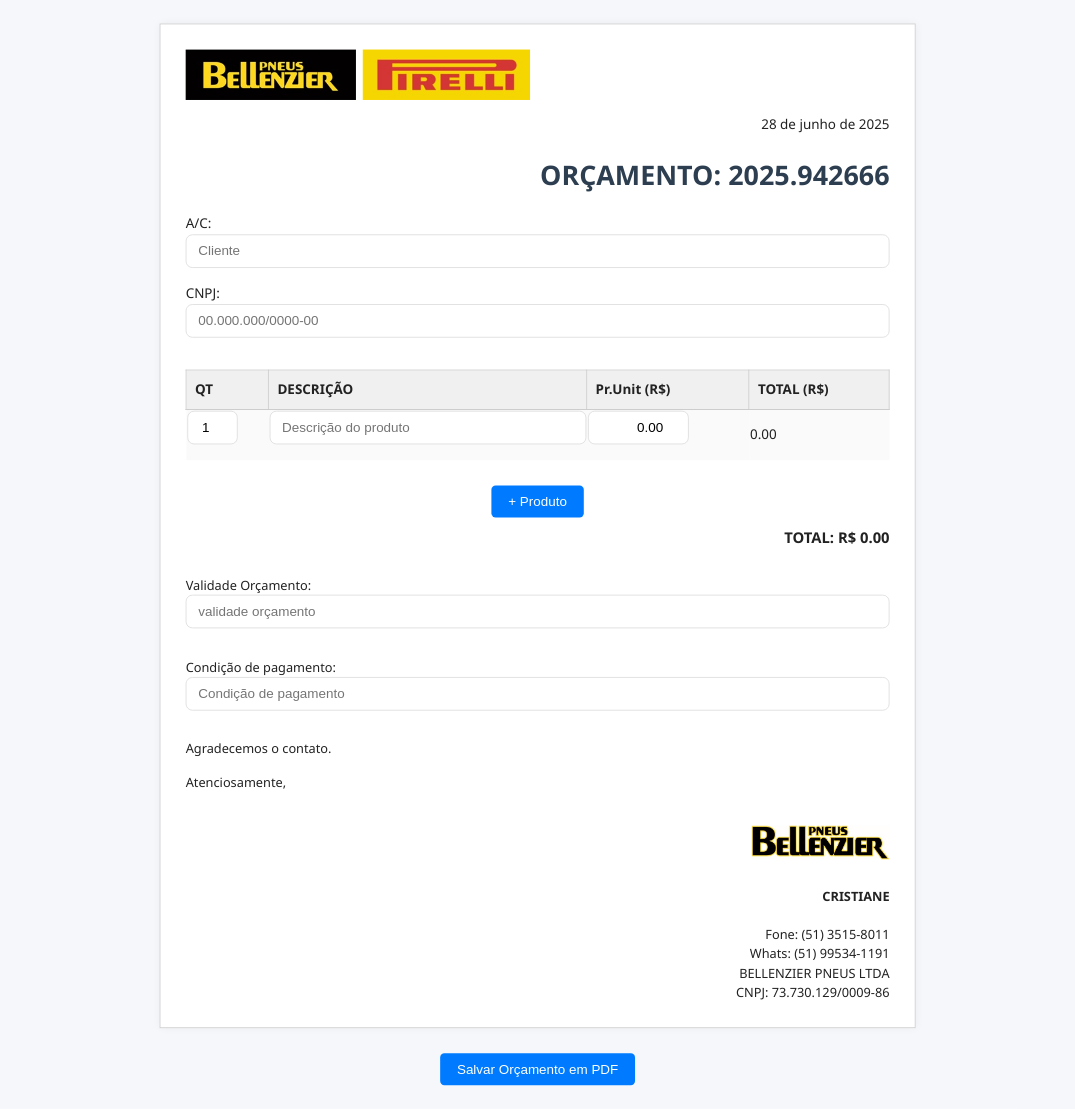
Repository: Cristiane-Sartori14/Orcamento
Page: index.html
The author's editor kept a copy of each file at every save. The page is drawn from the files as they stood at one save, then again after the next save.
The browser window is 1280 px wide. The pictures show the whole page, at 84% of full size.

Above is the page before, as saved 2025-06-29 16:45:34.

### index.html
<!DOCTYPE html>
<html lang="pt-BR">
  <head>
    <meta charset="UTF-8" />
    <title>Orçamento Automático</title>
    <link rel="stylesheet" href="Styles.css" />
    <script src="Script.js" defer></script>
    <script src="https://cdnjs.cloudflare.com/ajax/libs/html2pdf.js/0.10.1/html2pdf.bundle.min.js"></script>
  </head>
  <body>
    <div id="orcamentoArea">
      <div class="cabecalho">
        <img src="belle.png" alt="Logo Bellenzier" />
      </div>

      <div class="dados-topo">
        <p id="dataAtual"></p>
        <h1>ORÇAMENTO: <span id="numeroOrcamento"></span></h1>
      </div>

      <div class="linha-vertical">
        <label>
          A/C:
          <input type="text" id="ac" placeholder="Cliente" /> </label
        ><br />
        <label>
          CNPJ:
          <input type="text" id="cnpj" placeholder="00.000.000/0000-00" />
        </label>
      </div>

      <table>
        <thead>
          <tr>
            <th>QT</th>
            <th>DESCRIÇÃO</th>
            <th>Pr.Unit (R$)</th>
            <th>TOTAL (R$)</th>
          </tr>
        </thead>
        <tbody id="corpoTabela">
          <tr>
            <td><input type="number" class="qtd" value="1" min="1" /></td>
            <td>
              <input
                type="text"
                class="descricao"
                placeholder="Descrição do produto"
              />
            </td>
            <td>
              <input type="number" class="valor" value="0.00" step="0.01" />
            </td>
            <td class="subtotal">0.00</td>
          </tr>
        </tbody>
      </table>

      <button class="botao" onclick="adicionarProduto()">+ Produto</button>

      <div class="totalGeral">TOTAL: R$ <span id="valorTotal">0.00</span></div>

      <div class="info-final">
        <label>
          <p></p>
          Validade Orçamento:
          <input type="text" id="val" placeholder="validade orçamento" />
        </label>

        <p></p>

        <label>
          Condição de pagamento:
          <input type="text" id="cond" placeholder="Condição de pagamento" />
        </label>

        <p>Agradecemos o contato.</p>
        <p>Atenciosamente,</p>
      </div>

      <div class="rodape">
        <img src="assin.png" alt="Logo Bellenzier" style="height: 40px" /><br />
        <strong>CRISTIANE</strong><br />
        Fone: (51) 3515-8011<br />
        Whats: (51) 99534-1191<br />
        BELLENZIER PNEUS LTDA<br />
        CNPJ: 73.730.129/0009-86
      </div>
    </div>

    <button class="botao" onclick="gerarPDF()">Salvar Orçamento em PDF</button>
  </body>
</html>

### Styles.css
:root {
  --primary-blue: #007bff;
  --primary-blue-hover: #0056b3;
  --green-dark: #1e7e34;
  --border-gray: #ccc;
  --background-light: #f5f7fa;
  --text-dark: #2c3e50;
  --input-border: #ddd;
  --input-border-focus: #3498db;
}

*,
*::before,
*::after {
  box-sizing: border-box;
}

body {
  font-family: "Segoe UI", Tahoma, Geneva, Verdana, sans-serif;
  background-color: var(--background-light);
  color: #222;
  line-height: 1.6;
  padding: 20px;
}

#orcamentoArea {
  background: #fff;
  max-width: 900px;
  margin: auto;
  padding: 30px;
  border: 1px solid var(--border-gray);
  box-shadow: 0 0 10px rgba(0, 0, 0, 0.05);
}

.cabecalho {
  display: flex;
  justify-content: space-between;
  align-items: center;
}

.cabecalho img {
  height: 60px;
}

.dados-topo {
  text-align: right;
}

h1,
h2,
h3 {
  color: var(--text-dark);
  margin-bottom: 20px;
  font-weight: 700;
}

.linha {
  display: flex;
  gap: 20px;
  margin-top: 20px;
}

.linha label {
  flex: 1;
  font-weight: bold;
  display: block;
  margin-bottom: 6px;
}

input[type="text"],
input[type="number"],
select,
textarea {
  width: 100%;
  padding: 10px 14px;
  margin-bottom: 18px;
  border: 1.8px solid var(--input-border);
  border-radius: 8px;
  font-size: 1rem;
  transition: border-color 0.3s ease;
}

input[type="text"]:focus,
input[type="number"]:focus,
select:focus,
textarea:focus {
  border-color: var(--input-border-focus);
  outline: 3px solid var(--input-border-focus);
  outline-offset: 2px;
}

table {
  width: 100%;
  margin-top: 20px;
  border-collapse: collapse;
}

th{
  border: 1px solid var(--border-gray);
  padding: 10px;
  text-align: left;
  background: #f0f0f0;
}

td input.qtd {
    width: 60px; /* Campo QT menor */
    text-align: center;
  }

  td input.descricao {
    width: 100%;
  }

  td input.valor {
    width: 120px; /* Campo de valor com tamanho razoável */
    text-align: right;
  }

tbody tr:nth-child(odd) {
  background-color: #fafafa;
}

tbody tr:hover {
  background-color: #e9f0fb;
}

#totalGeral {
  font-weight: bold;
  font-size: 18px;
  color: var(--green-dark);
}

.totalGeral {
  text-align: right;
  font-size: 1.1em;
  font-weight: bold;
  margin-top: 10px;
}

.info-final {
  margin-top: 30px;
  font-size: 0.95em;
}

.rodape {
  display: flex;
  flex-direction: column;
  align-items: flex-end;       /* Alinha todos os elementos à direita */
  text-align: right;
  margin-top: 40px;
  font-size: 0.95em;
  line-height: 1.5;
}

.rodape img {
  height: 60px;
  margin-bottom: 10px;
}

.botao {
  display: block;
  margin: 30px auto 0;
  background: var(--primary-blue);
  color: white;
  padding: 10px 20px;
  border: none;
  border-radius: 5px;
  font-size: 16px;
  cursor: pointer;
  transition: background-color 0.3s ease, transform 0.2s ease;
}

.botao:hover {
  background: var(--primary-blue-hover);
  transform: scale(1.05);
}

.botao:active {
  transform: scale(0.98);
  background-color: #004080;
}

@media (max-width: 600px) {
  #orcamentoArea {
    padding: 15px;
    width: 95%;
  }

  .linha {
    flex-direction: column;
    gap: 10px;
  }

  .linha-vertical label {
  display: block;
  margin-bottom: 10px;
}
}

### Script.js
document.addEventListener("DOMContentLoaded", () => {
  const hoje = new Date();
  const dataFormatada = hoje.toLocaleDateString("pt-BR", {
    day: "2-digit",
    month: "long",
    year: "numeric",
  });
  document.getElementById("dataAtual").textContent = dataFormatada;
  document.getElementById("numeroOrcamento").textContent =
    new Date().getFullYear() +
    "." +
    Math.floor(100000 + Math.random() * 900000);
  document
    .querySelectorAll(".qtd, .valor")
    .forEach((input) => input.addEventListener("input", atualizarTotais));
  atualizarTotais();
});

document.getElementById("cnpj").addEventListener("input", function (e) {
  let valor = e.target.value.replace(/\D/g, ""); // remove tudo que não é número

  if (valor.length > 14) valor = valor.slice(0, 14); // limita a 14 dígitos

  let formatado = valor;
  if (valor.length >= 3) formatado = valor.slice(0, 2) + "." + valor.slice(2);
  if (valor.length >= 6)
    formatado = formatado.slice(0, 6) + "." + valor.slice(5);
  if (valor.length >= 9)
    formatado = formatado.slice(0, 10) + "/" + valor.slice(8);
  if (valor.length >= 13)
    formatado = formatado.slice(0, 15) + "-" + valor.slice(12);

  e.target.value = formatado;
});

function atualizarTotais() {
  let total = 0;
  document.querySelectorAll("#corpoTabela tr").forEach((linha) => {
    const qtd = parseFloat(linha.querySelector(".qtd")?.value || 0);
    const valor = parseFloat(linha.querySelector(".valor")?.value || 0);
    const subtotal = qtd * valor;
    linha.querySelector(".subtotal").textContent = subtotal.toFixed(2);
    total += subtotal;
  });
  document.getElementById("valorTotal").textContent = total.toFixed(2);
}

function adicionarProduto() {
  const linha = document.createElement("tr");
  linha.innerHTML = `
        <td><input type="number" class="qtd" value="1" min="1" /></td>
        <td><input type="text" class="descricao" placeholder="Descrição do produto" /></td>
        <td><input type="number" class="valor" value="0.00" step="0.01" /></td>
        <td class="subtotal">0.00</td>
      `;
  document.getElementById("corpoTabela").appendChild(linha);
  linha.querySelector(".qtd").addEventListener("input", atualizarTotais);
  linha.querySelector(".valor").addEventListener("input", atualizarTotais);
}

function gerarPDF() {
  console.log("Gerando PDF...");
  const area = document.getElementById("orcamentoArea");
  const opt = {
    margin: 10,
    filename: `Orcamento_${Date.now()}.pdf`,
    image: { type: "jpeg", quality: 0.98 },
    html2canvas: { scale: 2 },
    jsPDF: { unit: "mm", format: "a4", orientation: "portrait" },
  };
  html2pdf().set(opt).from(area).save();
}

After the next save:
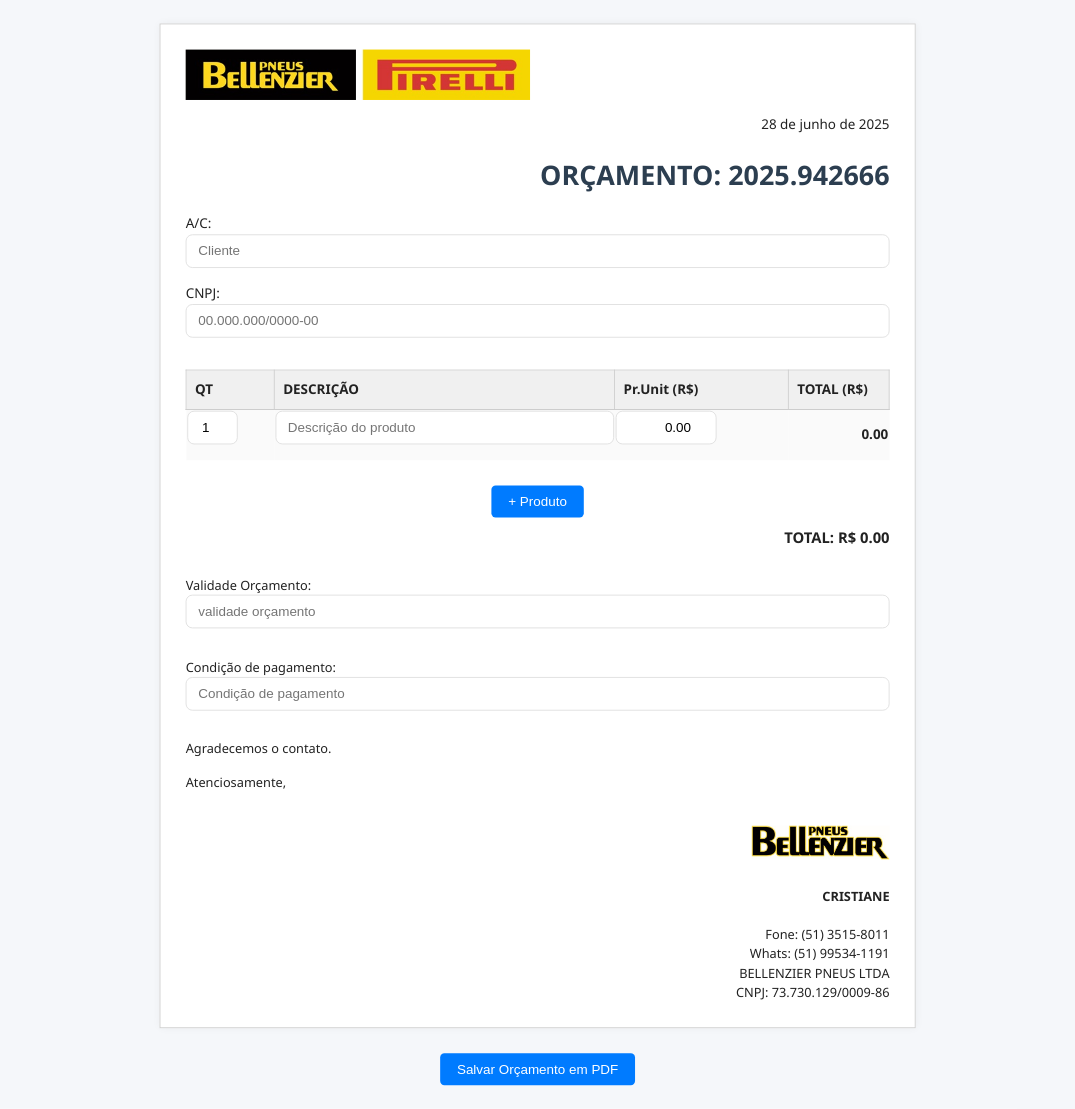
Saved 11 s later.
--- a/Styles.css
+++ b/Styles.css
@@ -116,6 +116,12 @@
     text-align: right;
   }
 
+  td.subtotal {
+  width: 120px; /* Coluna TOTAL também maior */
+  text-align: right;
+  font-weight: bold;
+}
+
 tbody tr:nth-child(odd) {
   background-color: #fafafa;
 }
